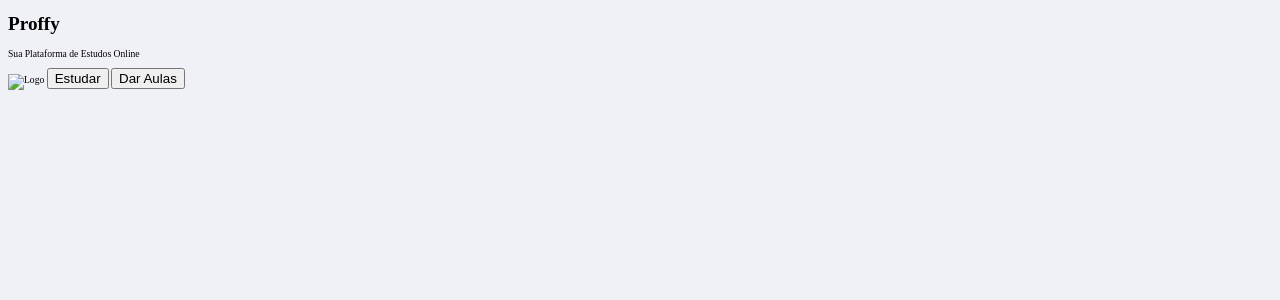
Repository: LukeVersus/NLW
Page: index.html
An editor plug-in stored every save of this project. The page is shown before and after the next save, followed by the edit.
The browser window is 1280 px wide. The pictures show the whole page.

Above is the page before, as saved 2020-08-03 11:14:32.

### index.html
<!DOCTYPE html>
<html lang="pt_br">
<head>
    <meta charset="UTF-8">
    <meta name="viewport" content="width=device-width, initial-scale=1.0">
    <title>Proffy | Sua Plataforma de Estudos Online</title>
    <link rel="stylesheet" href="/style.css">
</head>
<body>
    <h1>Proffy</h1>
    <p>Sua Plataforma de Estudos Online</p>
    <img src="" alt="Logo">
    <button>Estudar</button>
    <button>Dar Aulas</button>
</body>
</html>

### style.css
:root{
    --color-background: #F0F0F7;
    --color-primary-lighter: #9871F5;
    --color-primary-light: #916BEA;
    --color-primary: #8257E5;
    --color-primary-dark: #774DD6;
    --color-primary-darker: #6842C2;
    --color-secundary: #04D361;
    --color-secundary-dark: #04BF58;
    --color-title-in-primary: #FFFFFF;
    --color-text-in-primary: #D4C2FF;
    --color-text-title: #32264D;
    --color-text-complement: #9C98A6;
    --color-text-base: #6A6180;
    --color-line-in-white: #E6E6F0;
    --color-input-background: #F8F8FC;
    --color-button-text: #FFFFFF;
    --color-box-base: #FFFFFF;
    --color-box-footer: #FAFAFC;
    --color-small-info: #C1BCCC;
    font-size: 60%;
}

body{
    background-color: var(--color-background);
}

After the next save:
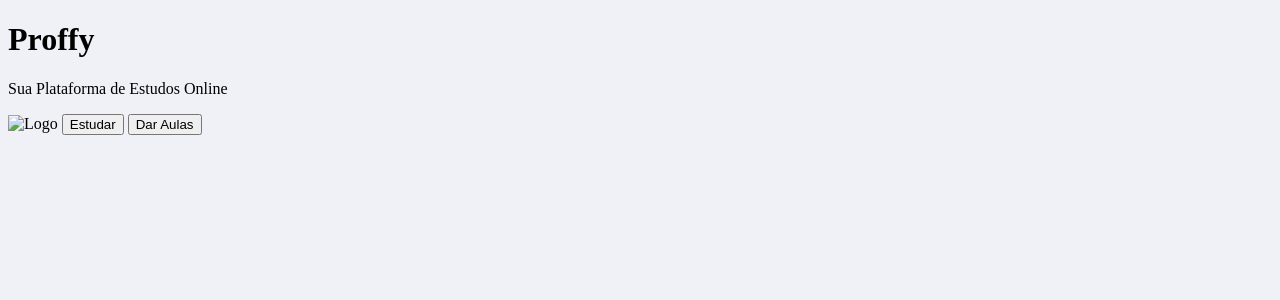
Saved 100 s later.
--- a/style.css
+++ b/style.css
@@ -18,7 +18,7 @@
     --color-box-base: #FFFFFF;
     --color-box-footer: #FAFAFC;
     --color-small-info: #C1BCCC;
-    font-size: 60%;
+    font-size: 100%;
 }
 
 body{

After the 3 saves that followed:
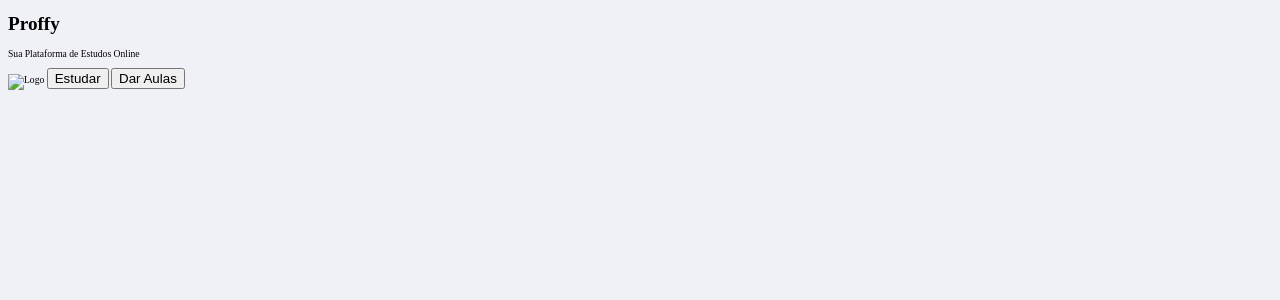
The 3 saves are shown as one change because 2 left the picture as it was.
The last was saved 4 min 59 s later.
--- a/style.css
+++ b/style.css
@@ -18,7 +18,8 @@
     --color-box-base: #FFFFFF;
     --color-box-footer: #FAFAFC;
     --color-small-info: #C1BCCC;
-    font-size: 100%;
+    /*tamanho da fonte padrão: 16px - 100% - 1rem */
+    font-size: 60%; /*Controle das medidas rem e % */
 }
 
 body{
